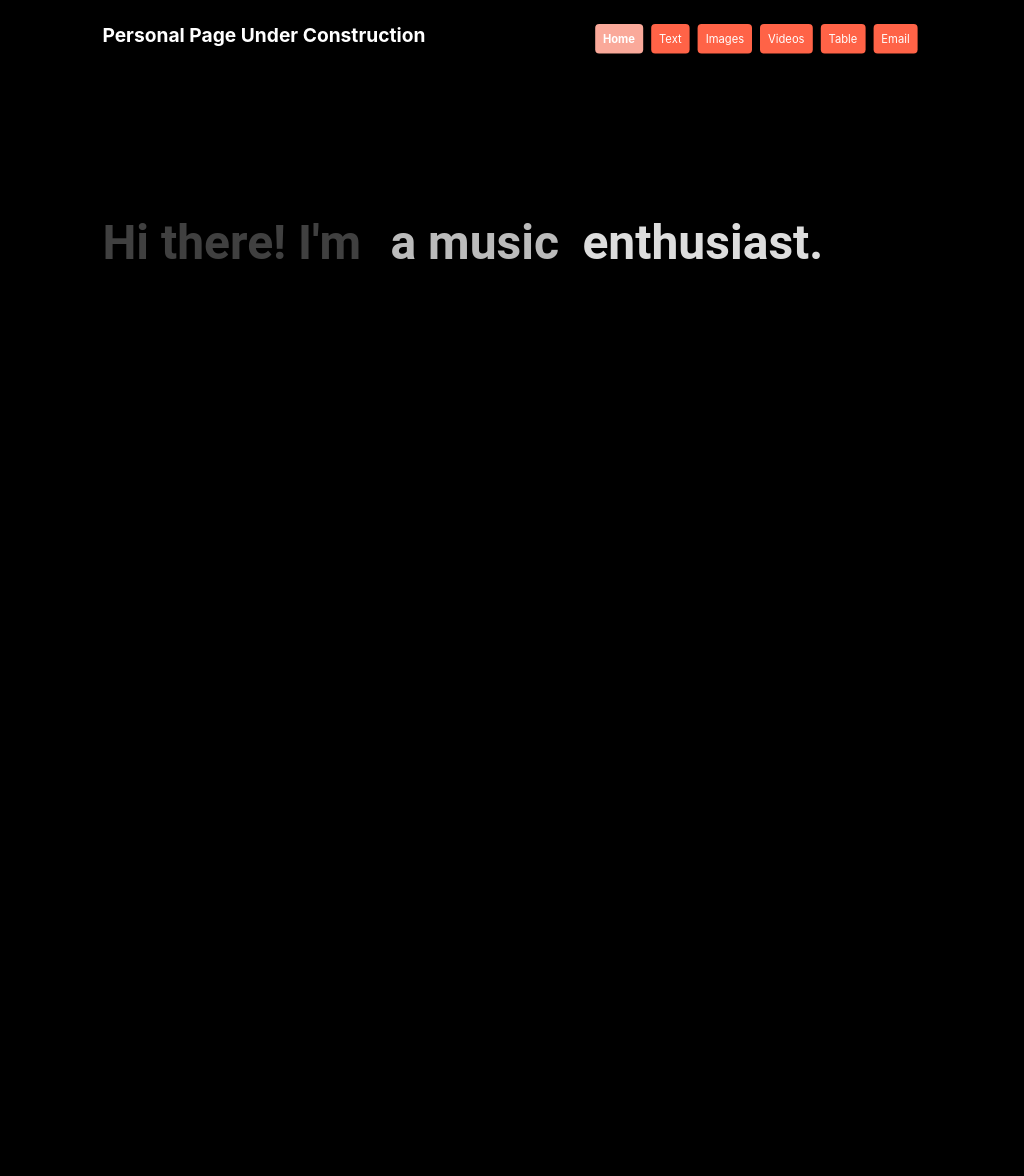
Repository: luhan68/personal_website
Page: index.html
An editor plug-in stored every save of this project. The page is shown before and after the next save, followed by the edit.
The browser window is 1280 px wide. The pictures show the whole page, at 80% of full size.

Above is the page before, as saved 2021-01-31 15:38:08.

After the next save:
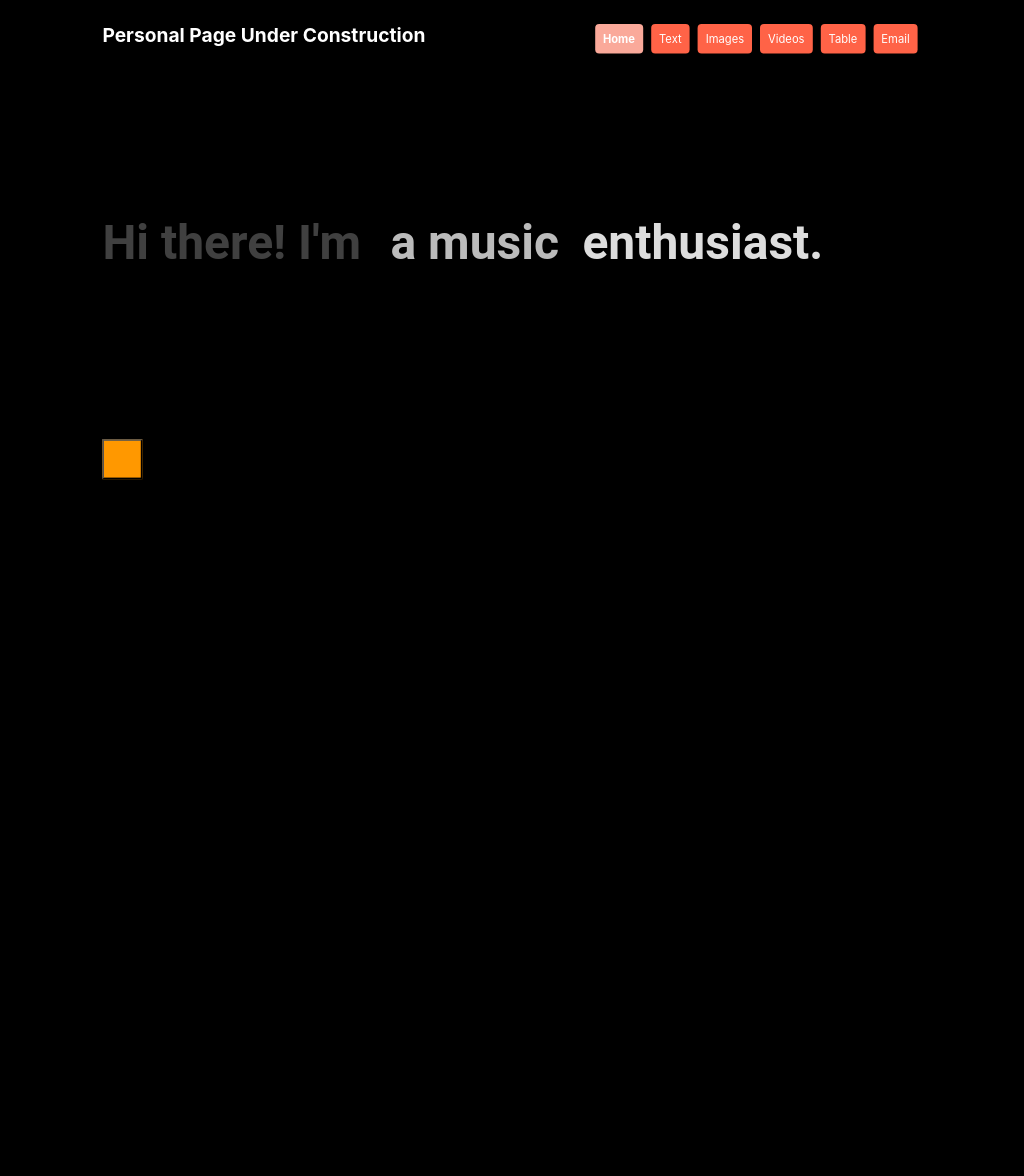
Saved 52 s later.
--- a/style.css
+++ b/style.css
@@ -20,6 +20,17 @@ body  {
 /* scrollToTop button refer to https://codepen.io/matthewcain/pen/ZepbeR */
 
 #scrollToTopBtn {
+	display: inline-block;
+	background-color: #FF9800;
+	width: 50px;
+	height: 50px;
+	text-align: center;
+	bottom: 30px;
+	right: 30px;
+	z-index: 10000;
+  }
+
+/* #scrollToTopBtn {
 	display: inline-block;
 	background-color: #FF9800;
 	width: 50px;
@@ -53,7 +64,7 @@ body  {
   #scrollToTopBtn.show {
 	opacity: 1;
 	visibility: visible;
-  }
+  } */
 
 .nav {
     width: 100%;
